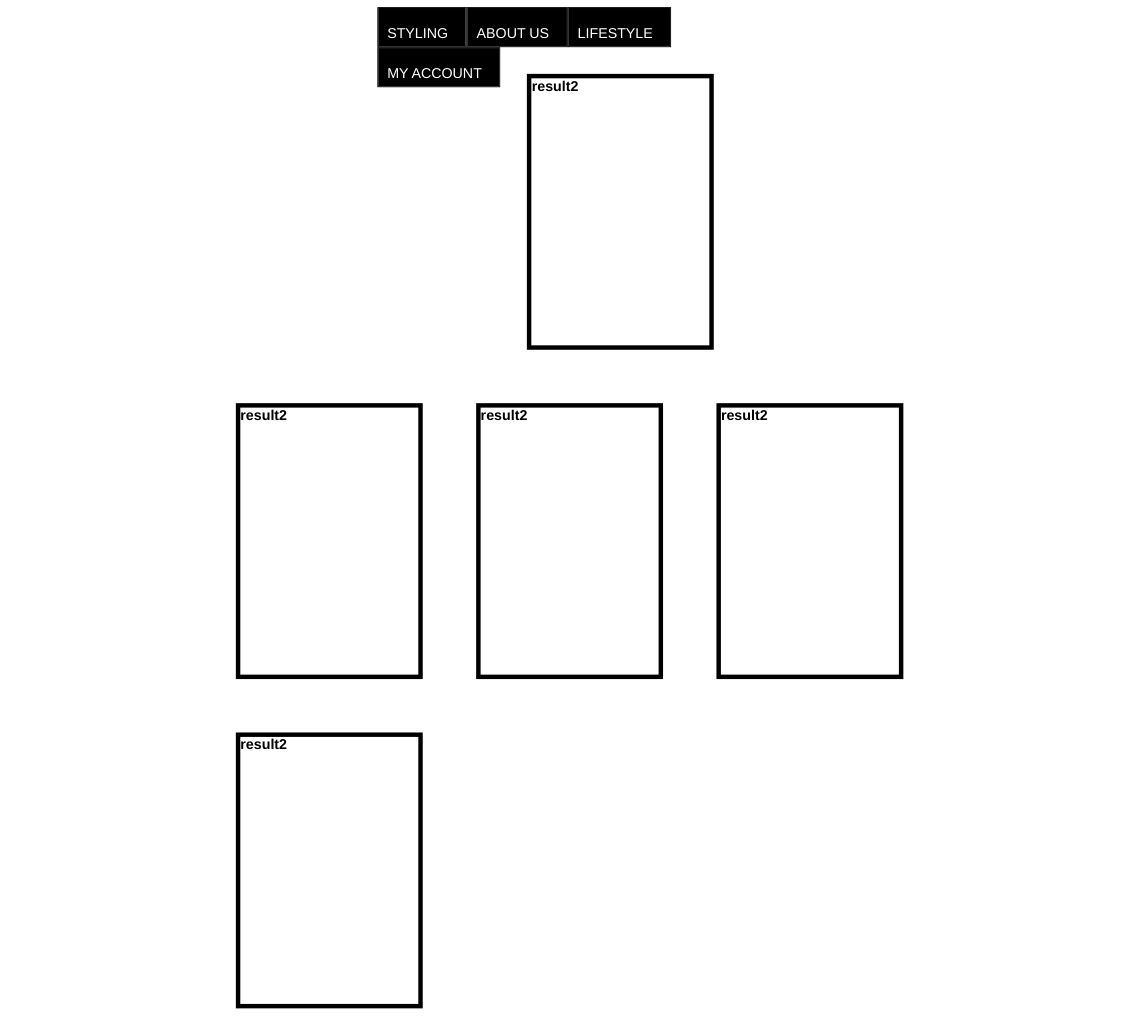
Repository: kesquili/kesquili.github.io
Page: fitin/closet.html
The author's editor kept a record of every edit. The page is drawn from the files as they stood at one moment, then again after the next edit.
The browser window is 1280 px wide. The pictures show the whole page, at 89% of full size.

Above is the page before.

### fitin/closet.html
<html>
  <head>
  <title>Fitin: A Men's Styling Brand</title>
  <link rel="stylesheet" href="styles.css">
  </head>
<body>

    <div class="wrapper">
        <nav>
            <ul>
              <li><a href="#">STYLING</a></li>
              <li><a href"#">ABOUT US</a>
                  <ul>
                      <li><a href="#">CONTACT US</a></li>
                      <li><a href="#">MEMBERSHIPS</a></li>
                      <li><a href="#">PRESS</a></li>
                  </ul>
              </li>
              <li><a href="#">LIFESTYLE</a>
                 <ul>
                     <li><a href="#">LOOKING GOOD</a></li>
                     <li><a href="#">FEELING GOOD</a></li>
                 </ul>
              </li>
              <li><a href="#">MY ACCOUNT</a>
                  <ul>
                      <li><a href="#">MY CLOSET</a></li>
                  </ul>
              </li>
            </ul>
        </nav>
        <br>
        <br>
         <div class="closet">
             <h4>result2</h4>
             <h4>result2</h4>
             <h4>result2</h4>
             <h4>result2</h4>
             <h4>result2</h4>
         </div>
     </div>

</body>

### fitin/styles.css
body {
font: 14px;
font-family: Helvetica, sans-serif;
}

.wrapper {
    width: 810px;
    margin: 0 auto;
}

nav {
    width: 432px;
    margin: 0 auto;
}

.results h4{
    border: 5px;
    border-color: black;
    border-style: solid;
    margin:30px;
    width: 200px;
    height: 300px;
    float: left;
}

.breakdown h4{
    border: 5px;
    border-color: black;
    border-style: solid;
    margin:30px;
    width: 100px;
    height: 200px;
    float: left;
    position: relative;
}
.closet h4{
    border: 5px;
    border-color: black;
    border-style: solid;
    margin:30px;
    width: 200px;
    height: 300px;
    float: left;
}

.sideimage {
    border: 10px solid black;
    width: 300px;
    height: 450px;
    float: left;
    margin-right: 12px;
}

.signup{
    margin-left: 20px;
    float: left;

}

.sell{
    display: inline;
}

h6{
    font-size: 12px;
    font-family: Helvetica, sans-serif;
    padding: 0;
    display: inline-block;
    width: 120px;
    text-align: right;
    margin: 0;
}
input {
    background-color: red;
    border: none;
    outline: none;
}
nav{
    text-align: center;
    position: relative;
}
ul {
    list-style: none;
    padding: 0px;
    margin: 0px;
}

ul li {
    display: block;
    position: relative;
    float: left;
    border: 1px solid #000
}

li ul {
    display: none;
}

ul li a {
    display: block;
    background: #000;
    padding: 20px 20px 5px 10px;
    text-decoration: none;
    white-space: nowrap;color: #fff;
}

.padding {
        padding: 40px 30px 5px 20px;

}

ul li a:hover {
    background: gray;
}

li:hover ul {
    display: block;
    position: absolute;
}

li:hover li {
    float: none;
}

li:hover a {
    background: gray;
}

li:hover li a:hover {
    background: #000;
}

nav li ul li {
      border-top: 0px;
  }

After the next edit:
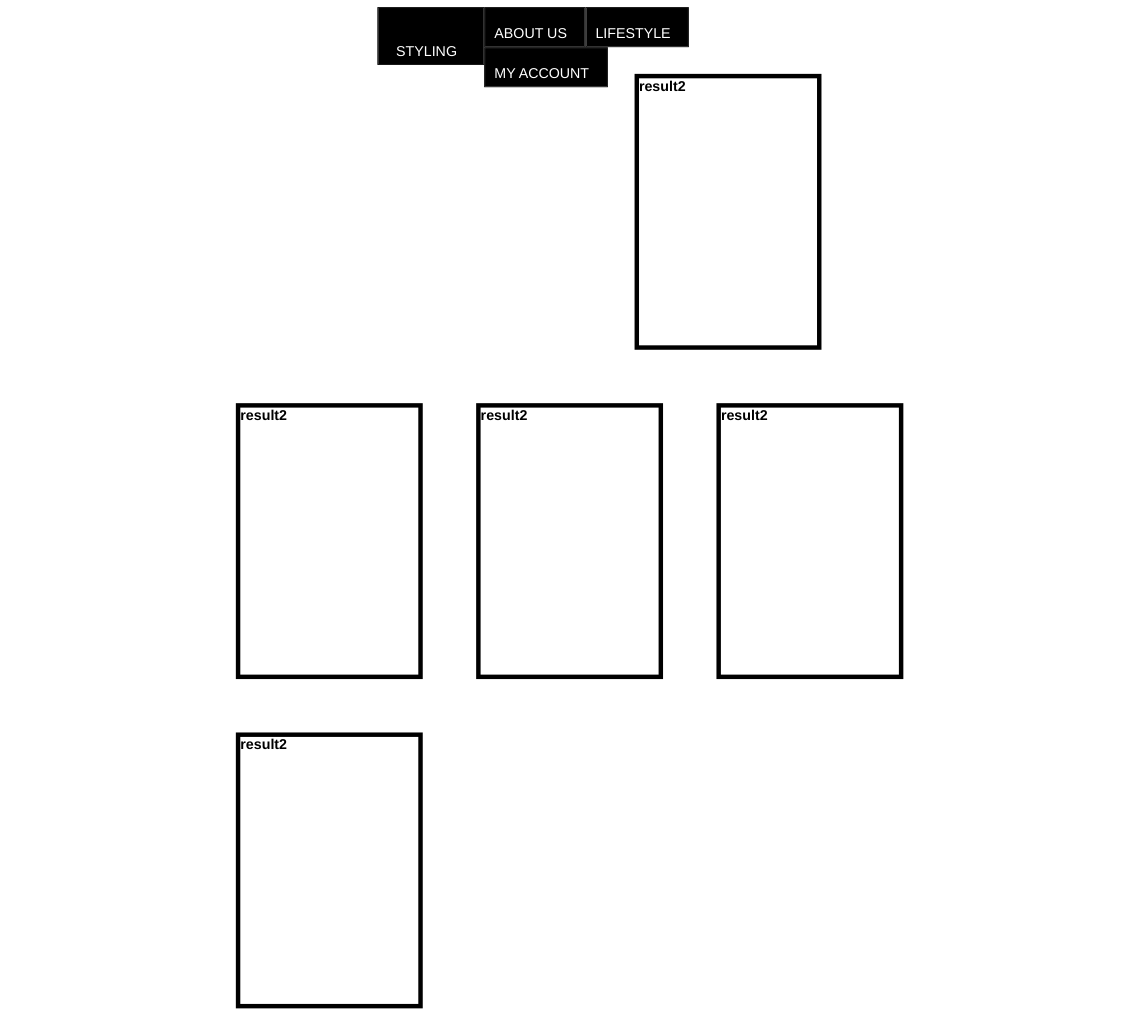
The edit:
--- a/fitin/closet.html
+++ b/fitin/closet.html
@@ -8,7 +8,7 @@
     <div class="wrapper">
         <nav>
             <ul>
-              <li><a href="#">STYLING</a></li>
+              <li><a href="#" class="padding">STYLING</a></li>
               <li><a href"#">ABOUT US</a>
                   <ul>
                       <li><a href="#">CONTACT US</a></li>
